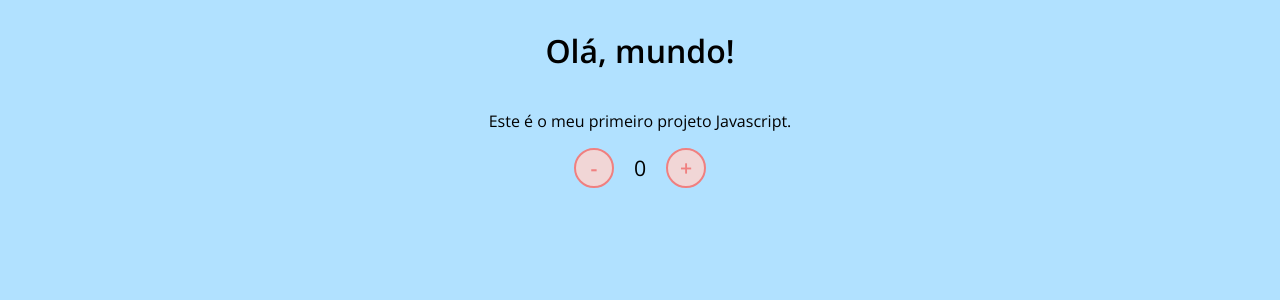
Repository: amandahrodrigues/dio-introducao-ao-javascript
Page: contador/index.html
These files come from the project's save history. The page is drawn as it stood at one moment and after the next save; the edit follows.
The browser window is 1280 px wide. The pictures show the whole page.
After loading, the first visible `#increment` was clicked once.

Above is the page before, as saved 2021-12-22 16:10:19.
Console error: TypeError: increment is not a function

After the next save:
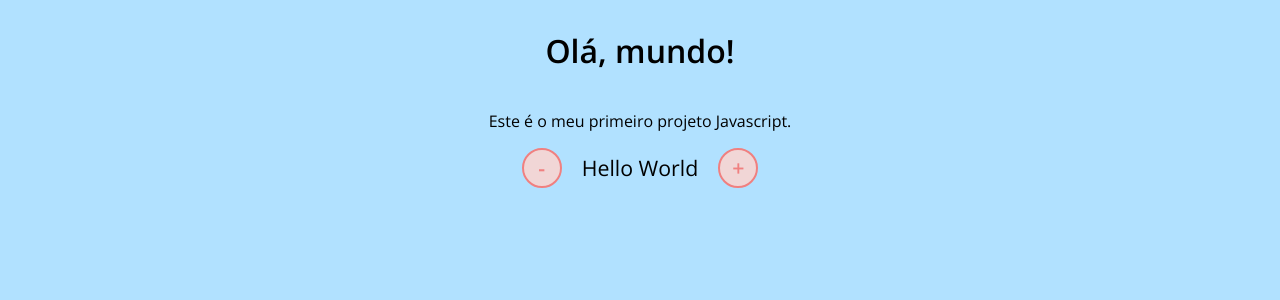
Saved 20 s later.
--- a/contador/assets/js/scripts.js
+++ b/contador/assets/js/scripts.js
@@ -12,5 +12,5 @@ function decrement(){
 }*/
 
 document.getElementById("increment").addEventListener("click", function() {
-  document.getElementById("demo").innerHTML = "Hello World";
+  document.getElementById("currentNumber").innerHTML = "Hello World";
 });
